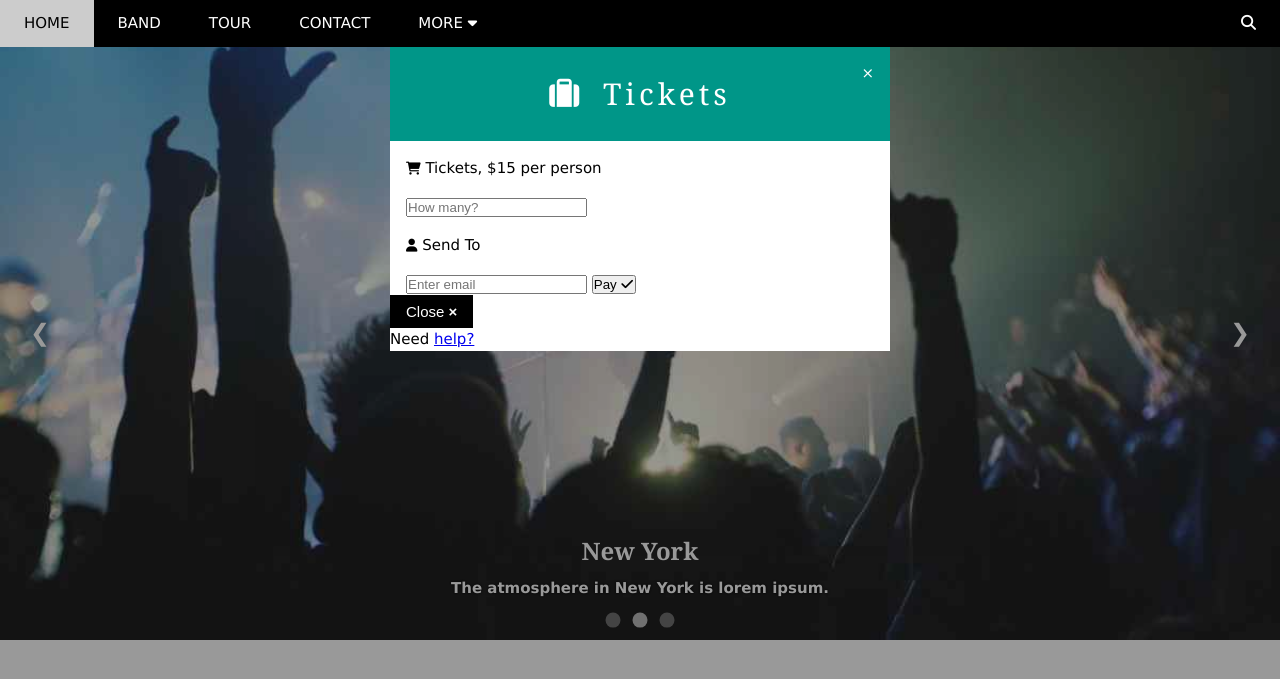
Repository: tam1512/The-Band
Page: index.html
An editor plug-in stored every save of this project. The page is shown before and after the next save, followed by the edit.
The browser window is 1280 px wide. The pictures show the window.
A layer covers the whole window, so only the first screen is drawn. Some web libraries are served in a nearby version.

Above is the page before, as saved 2022-07-24 10:26:06.

### index.html
<!DOCTYPE html>
<html lang="en">
  <head>
    <meta charset="UTF-8" />
    <meta http-equiv="X-UA-Compatible" content="IE=edge" />
    <meta name="viewport" content="width=device-width, initial-scale=1.0" />
    <link
      rel="stylesheet"
      href="https://cdnjs.cloudflare.com/ajax/libs/font-awesome/6.1.1/css/all.min.css"
      integrity="sha512-KfkfwYDsLkIlwQp6LFnl8zNdLGxu9YAA1QvwINks4PhcElQSvqcyVLLD9aMhXd13uQjoXtEKNosOWaZqXgel0g=="
      crossorigin="anonymous"
      referrerpolicy="no-referrer"
    />
    <link rel="stylesheet" href="./assets/css/style.css" />
    <title>The Band</title>
  </head>
  <body>
    <div class="container">
      <!-- header -->
      <div class="header" id="home">
        <ul class="header_nav">
          <li><a href="#home">HOME</a></li>
          <li><a href="#band">BAND</a></li>
          <li><a href="#tour">TOUR</a></li>
          <li><a href="#contact">CONTACT</a></li>
          <li class="header_nav_dropdown">
            <a href="javascript:void(0)" class="dropbtn">
              MORE
              <i class="fa-solid fa-caret-down"></i>
            </a>
            <div class="dropdown-content">
              <a href="#">Merchandise</a>
              <a href="#">Extras</a>
              <a href="#">Media</a>
            </div>
          </li>
        </ul>
        <div id="header_search">
          <i class="fa-solid fa-magnifying-glass text-white"></i>
        </div>
      </div>
      <!-- Slideshow container -->
      <div class="slider">
        <!-- Full-width image with caption text -->
        <div class="slider_slides-cont">
          <div class="slider_slide">
            <img src="assets/img/la.jpg" alt="Los Angeles" />
            <div class="text padding-32-16 text-white">
              <h3 class="fz-24 margin-10-0">Los Angeles</h3>
              <p class="margin-15-0">
                <b class="text-shadow">We had the bes time playing at Venice Beach!</b>
              </p>
            </div>
          </div>

          <div class="slider_slide">
            <img src="assets/img/ny.jpg" alt="New York" />
            <div class="text padding-32-16 text-white">
              <h3 class="fz-24 margin-10-0">New York</h3>
              <p class="margin-15-0">
                <b class="text-shadow">The atmosphere in New York is lorem ipsum.</b>
              </p>
            </div>
          </div>

          <div class="slider_slide">
            <img src="assets/img/chicago.jpg" alt="Chicago" />
            <div class="text padding-32-16 text-white">
              <h3 class="fz-24 margin-10-0">Chicago</h3>
              <p class="margin-15-0">
                <b class="text-shadow">Thank you, Chicago - A night we won't forget</b>
              </p>
            </div>
          </div>
        </div>

        <!-- The pagination/circles -->
         <div class="slider_pagination"></div>

        <!-- Next and previous buttons (navigatin slide)-->
        <a class="prev">&#10094</a>
        <a class="next">&#10095</a>
      </div>
      <div class="content">
          <div class="padding-64-16 text-center" id="band">
            <h2 class="tilte fz-30 margin-10-0">THE BAND</h2>
            <p class="margin-15-0"><i class="sub-title opacity">We love music</i></p>
            <p class="band_content margin-15-0 text-justify">We have created a fictional band website. Lorem ipsum dolor sit amet, consectetur adipiscing elit, sed do eiusmod tempor incididunt ut labore et dolore magna aliqua. Ut enim ad minim veniam, quis nostrud exercitation ullamco laboris nisi ut aliquip ex ea commodo consequat. Duis aute irure dolor in reprehenderit in voluptate velit esse cillum dolore eu fugiat nulla pariatur. Excepteur sint occaecat cupidatat non proident, sunt in culpa qui officia deserunt mollit anim id est laborum consectetur adipiscing elit, sed do eiusmod tempor incididunt ut labore et dolore magna aliqua. Ut enim ad minim veniam, quis nostrud exercitation ullamco laboris nisi ut aliquip ex ea commodo consequat.</p>
            <div class="row band_members padding-32-0">
              <div class="third band_member">
                <p class="margin-15-0">Name</p>
                <img src="assets/img/bandmember.jpg" alt="band member" class="band_member_img margin-bottom-16">
              </div>
              <div class="third band_member">
                <p class="margin-15-0">Name</p>
                <img src="assets/img/bandmember.jpg" alt="band member" class="band_member_img margin-bottom-16">
              </div>
              <div class="third band_member">
                <p class="margin-15-0">Name</p>
                <img src="assets/img/bandmember.jpg" alt="band member" class="band_member_img margin-bottom-16">
              </div>
            </div>
            <!-- <div style="clear: both;"></div> -->
          </div>
          <div class="backgroud-black" id="tour">
            <div class="tour-container padding-64-16 text-center text-white">
              <h2 class="tilte fz-30 margin-10-0">TOUR DATES</h2>
              <p class="margin-15-0"><i class="sub-title">Remember to book your tickets!</i></p>
              <br>
              <ul class="list-month backgroud-white">
                <li class="month-item padding-8-16 boder-bottom">
                  <p class="month text-grey">September</p>
                  <span class="ticket-sold-out text-white">Sold out</span>
                </li>
                <li class="month-item padding-8-16 boder-bottom">
                  <p class="month text-grey">October</p>
                  <span class="ticket-sold-out text-white">Sold out</span>
                </li>
                <li class="month-item padding-8-16 boder-bottom">
                  <p class="month text-grey">November</p>
                  <span class="ticket-still text-white">3</span>
                </li>
              </ul>

              <div class="row ticket-list padding-32-8">
                <div class="ticket-wrap third margin-bottom-16 padding-0-8">
                  <img class="ticket-img img opacity" src="assets/img/newyork.jpg" alt="Ticket New Yourk">
                  <div class="ticket-content padding-0-16 backgroud-white text-left">
                    <p class="ticket-name margin-15-0 text-black"><b>New Yourk</b></p>
                    <p class="ticket-time margin-15-0 text-grey">Fri 27 Nov 2016</p>
                    <p class="ticket-desc margin-15-0 text-black">Praesent tincidunt sed tellus ut rutrum sed vitae justo.</p>
                    <button class="btn margin-bottom-16">Buy Ticket</button>
                  </div>
                </div>
                <div class="ticket-wrap third margin-bottom-16 padding-0-8">
                  <img class="ticket-img img opacity" src="assets/img/paris.jpg" alt="Ticket Chicago">
                  <div class="ticket-content padding-0-16 backgroud-white text-left">
                    <p class="ticket-name margin-15-0 text-black"><b>Paris</b></p>
                    <p class="ticket-time margin-15-0 text-grey">Sat 28 Nov 2016</p>
                    <p class="ticket-desc margin-15-0 text-black">Praesent tincidunt sed tellus ut rutrum sed vitae justo.</p>
                    <button class="btn margin-bottom-16">Buy Ticket</button>
                  </div>
                </div>
                <div class="ticket-wrap third margin-bottom-16 padding-0-8">
                  <img class="ticket-img img opacity" src="assets/img/sanfran.jpg" alt="Ticket San Francisco">
                  <div class="ticket-content padding-0-16 backgroud-white text-left">
                    <p class="ticket-name margin-15-0 text-black"><b>San Francisco</b></p>
                    <p class="ticket-time margin-15-0 text-grey">Sun 29 Nov 2016</p>
                    <p class="ticket-desc margin-15-0 text-black">Praesent tincidunt sed tellus ut rutrum sed vitae justo.</p>
                    <button class="btn margin-bottom-16">Buy Ticket</button>
                  </div>
                </div>
              </div>
            </div>
          </div>
      </div>
    </div>
    <!-- Ticket modal -->
    <div id="ticketModal">
     <div class="ticket-content">
       <div class="modal-heading padding-32-16">
         <span class="btn-ticket-out btn fz-24">&times;</span>
         <h2 class="ticket-title text-center text-white fz-30">
           <i class="fa-solid fa-suitcase"></i>
           Tickets
         </h2>
       </div>
       <form class="ticket-form padding-0-16">
         <label class="ticket-form-label margin-16-0" for="quantity_person">
           <i class="fa-solid fa-cart-shopping"></i>
           Tickets, $15 per person
         </label>
         <input type="text" id="quantity_person" name="quantity_person" placeholder="How many?">
         <label class="ticket-form-label margin-16-0" for="email">
           <i class="fa-solid fa-user"></i>
           Send To
         </label>
         <input type="email" id="email" name="email" placeholder="Enter email">
         <button class="big-btn">
           Pay
           <i class="fa-solid fa-check"></i>
         </button>
       </form>
       <div class="modal-footer">
         <button class="ticket-footer-close btn">
           Close
           <b>&times;</b>
         </button>
         <p class="ticket-help">
           Need
           <a href="javascript::void(0);">help?</a>
         </p>
       </div>
     </div>
    </div>
    <script src="assets/js/js.js"></script>
  </body>
</html>

### assets/css/style.css
:root {
}

* {
  padding: 0em;
  margin: 0;
  box-sizing: border-box;
}

body {
  font-family: Verdana, sans-serif;
  font-size: 15px;
  line-height: 22.5px;
}

h1,
h2,
h3,
h4,
h5,
h6 {
  font-family: Georgia, serif;
}

.fz-24 {
  font-size: 24px;
}

.fz-30 {
  font-size: 30px;
}

.text-white {
  color: white;
}

.text-grey {
  color: #757575;
}

.text-black {
  color: #000;
}

.opacity {
  opacity: 0.6 !important;
}

.backgroud-black {
  background-color: #000;
}

.backgroud-white {
  background-color: #fff;
}

.text-center {
  text-align: center;
}

.text-justify {
  text-align: justify;
}

.text-left {
  text-align: left;
}

.padding-0-8 {
  padding: 0.01em 8px !important;
}

.padding-0-16 {
  padding: 0.01em 16px !important;
}

.padding-64-16 {
  padding: 64px 16px !important;
}

.padding-32-16 {
  padding: 32px 16px !important;
}

.padding-32-8 {
  padding: 32px 8px !important;
}

.padding-32-0 {
  padding: 32px 0 !important;
}

.padding-8-16 {
  padding: 8px 16px !important;
}

.padding-32 {
  padding: 32px !important;
}

.margin-0-24 {
  margin: 0 24px !important;
}

.margin-10-0 {
  margin: 10px 0 !important;
}

.margin-15-0 {
  margin: 15px 0 !important;
}

.margin-16-0 {
  margin: 16px 0 !important;
}

.margin-bottom-16 {
  margin-bottom: 16px;
}

.text-shadow {
  text-shadow: 0 0 3px #000;
}

.boder-bottom {
  border: 1px solid #ddd;
}

.btn {
  display: inline-block;
  text-decoration: none;
  color: white;
  border: none;
  outline: none;
  padding: 8px 16px;
  background-color: #000;
  font-size: 15px;
  text-align: center;
  cursor: pointer;
}

.btn:hover {
  background-color: #ccc;
  color: #000;
}

.img {
  width: 100%;
  outline: none;
  vertical-align: middle;
}

.header {
  position: fixed;
  top: 0;
  right: 0;
  left: 0;
  z-index: 2;
}

.header_nav {
  list-style-type: none;
  background-color: #000;
  overflow: hidden;
}

.header_nav > li {
  float: left;
}

.header_nav > li > a,
.dropbtn {
  display: inline-block;
  padding: 12px 24px;
  text-align: center;
  color: #fff;
  text-decoration: none;
}

.header_nav > li > a:hover,
.header_nav_dropdown:hover,
.dropbtn:hover,
.dropdown-content a:hover {
  background-color: #ccc;
  color: black;
}

li.header_nav_dropdown {
  display: inline-block;
  /* position: relative; */
}

.dropdown-content {
  display: none;
  position: absolute;
  min-width: 160px;
  background-color: #fff;
  box-shadow: 0px 8px 16px 0px rgba(0, 0, 0, 0.2);
  z-index: 1;
}

.dropdown-content a {
  color: #000 !important;
  text-align: left;
  padding: 8px 16px;
  display: block;
  text-decoration: none;
}

.header_nav_dropdown:hover .dropdown-content {
  display: block;
}

#header_search {
  position: absolute;
  top: 0;
  right: 0;
  padding: 12px 24px;
}

#header_search:hover {
  background-color: #f44336;
}

/* Slider */
/* Slideshow container */
.slider,
.slider_slides-cont {
  max-width: 100%;
  height: auto;
  position: relative;
  /* top: 47px; */
  margin: auto;
}

/* Hide the images by default */
.slider_slide {
  display: none;
}

.slider_slide:first-child {
  display: block;
}

.slider_slides-cont img {
  width: 100%;
  height: 100%;
}

/* Next & previous buttons */
.prev,
.next {
  cursor: pointer;
  position: absolute;
  top: 50%;
  transform: translate(0, -50%);
  margin: 10px;
  padding: 24px 20px;
  color: #fff;
  font-weight: bold;
  font-size: 24px;
  transition: background-color 0.6s ease;
  border-radius: 5px 5px 5px 5px;
  user-select: none;
}

/* Position the "next button" to the right */
.next {
  right: 0;
  border-radius: 5px 5px 5px 5px;
}

/* On hover, add a black backgroound color with a little bit see-through */
.prev:hover,
.next:hover {
  background-color: rgba(191, 191, 191, 0.6);
  color: rgb(26, 23, 23);
  font-weight: bolder;
}

/* Caption text */
.text {
  position: absolute;
  left: 50%;
  transform: translate(-50%, -100%);
  text-align: center;
}

.slider_pagination {
  position: absolute;
  left: 50%;
  transform: translate(-50%, -120%);
}

.slider_pagination_btn {
  cursor: pointer;
  padding: 6px;
  background-color: transparent;
  display: inline-block;
  transition: background-color 0.6s ease;
}

.slider_pagination_btn::before {
  content: "";
  display: inline-block;
  height: 15px;
  width: 15px;
  border-radius: 50%;
  background-color: #717171;
}
.slider_pagination_btn.slider_pagination_btn--sel::before,
.slider_pagination_btn:hover::before {
  background-color: #bbb;
}

/* content */

#band,
.tour-container,
#contact {
  max-width: 800px;
  margin-left: auto;
  margin-right: auto;
}

.tilte {
  font-weight: normal;
  line-height: 45px;
  letter-spacing: 4px;
}

/* band */
/* Third image */

.row:after {
  content: "";
  display: table;
  clear: both;
}

.third {
  float: left;
  width: calc(100% / 3);
}

.band_member_img {
  width: 60%;
  border-radius: 4px;
}

/* Month ticket */
.list-month {
  list-style-type: none;
  text-align: left;
}

.month-item {
  position: relative;
}

.month {
  display: inline-block;
}

.ticket-sold-out {
  display: inline-block;
  background-color: #f44336;
  padding: 0.01em 8px;
  margin-left: 16px;
}

.ticket-still {
  display: inline-block;
  padding: 0.01em 8px;
  position: absolute;
  right: 32px;
  text-align: center;
  background-color: #000;
  border-radius: 50%;
}

/* ticket list */
.ticket-list {
  margin: 0 -16px;
}

/* ticket modal */
#ticketModal {
  position: fixed;
  top: 47px;
  right: 0;
  bottom: 0;
  left: 0;
  overflow: auto;
  background-color: rgba(0, 0, 0, 0.4);
}

.ticket-content {
  position: relative;
  width: 500px;
  margin: auto;
  background-color: #fff;
}

.modal-heading {
  background-color: #009688;
}

.ticket-title {
  font-weight: normal;
  letter-spacing: 4px;
}

.ticket-title i {
  margin-right: 8px;
}

.btn-ticket-out {
  position: absolute;
  top: 0;
  right: 0;
  line-height: 36px;
  background-color: transparent;
}

.ticket-form-label {
  display: block;
}

.ticket-form-label i {
  line-height: 15px;
  font-size: 13px;
}

### assets/js/js.js
let currentIndex = 0;
let newIndex = 0;
let autoplay = true;

//tạo một object cho việc tự động chuyển slide
let Autoplay = {
  timerID: null,
  interval: 4000,

  start: function () {
    this.timerID = setInterval(function () {
      newIndex++;
      navigateSlider();
    }, this.interval);
  },

  reset: function () {
    clearInterval(this.timerID);
    this.start();
  },
};

let slideElements = document.getElementsByClassName("slider_slide");
let slidesLength = slideElements.length;
let paginationElement = document.getElementsByClassName("slider_pagination")[0];
let prevElement = document.getElementsByClassName("prev")[0];
let nextElement = document.getElementsByClassName("next")[0];

// lấy sự kiện click của 2 nut prev và next
prevElement.addEventListener("click", function () {
  newIndex--;
  navigateSlider();
});

nextElement.addEventListener("click", function () {
  newIndex++;
  navigateSlider();
});

// tạo số dot tương ứng với số slide
paginationHTML = [];
for (let i = 0; i < slidesLength; i++) {
  paginationHTML.push(
    `<span class="slider_pagination_btn" data-index="${i}"></span>`
  );
}
// Thêm paginationHTML vào bên trong thẻ HTML
paginationElement.innerHTML = paginationHTML.join("");

//kiểm tra xem đã có phần tử chứa class="slider_pagination_btn" chưa? nếu có lấy giá trị trong data-index của nó gán cho newIndex
paginationElement.addEventListener("click", function (e) {
  let target = e.target;
  if (target.classList.contains("slider_pagination_btn")) {
    newIndex = Number(target.getAttribute("data-index"));
    navigateSlider();
  }
});

// Hàm hiện thị slide
function navigateSlider() {
  // Kiểm tra để newIndex luôn nằm trong khoảng từ 0 -> slideLength
  if (newIndex < 0) {
    newIndex = slidesLength - 1;
  } else if (newIndex > slidesLength - 1) {
    newIndex = 0;
  }

  //Thêm và xóa slider_pagination_btn--sel
  paginationElement.childNodes[currentIndex].classList.remove(
    "slider_pagination_btn--sel"
  );
  paginationElement.childNodes[newIndex].classList.add(
    "slider_pagination_btn--sel"
  );

  //reset interval(khoảng thời gian) để slide không gặp vấn đề về chuyển đổi
  if (autoplay) {
    Autoplay.reset();
  }

  //Ẩn slide trước và hiện slide cần hiện
  slideElements[currentIndex].style.display = "none";
  slideElements[newIndex].style.display = "block";

  currentIndex = newIndex;
}

// thiết lập autoplay cho slider
if (autoplay) {
  Autoplay.start();
}

// khi load page sẽ bị lỗi hiển thị ban đầu, đây là cách giải quyết
navigateSlider();

After the next save:
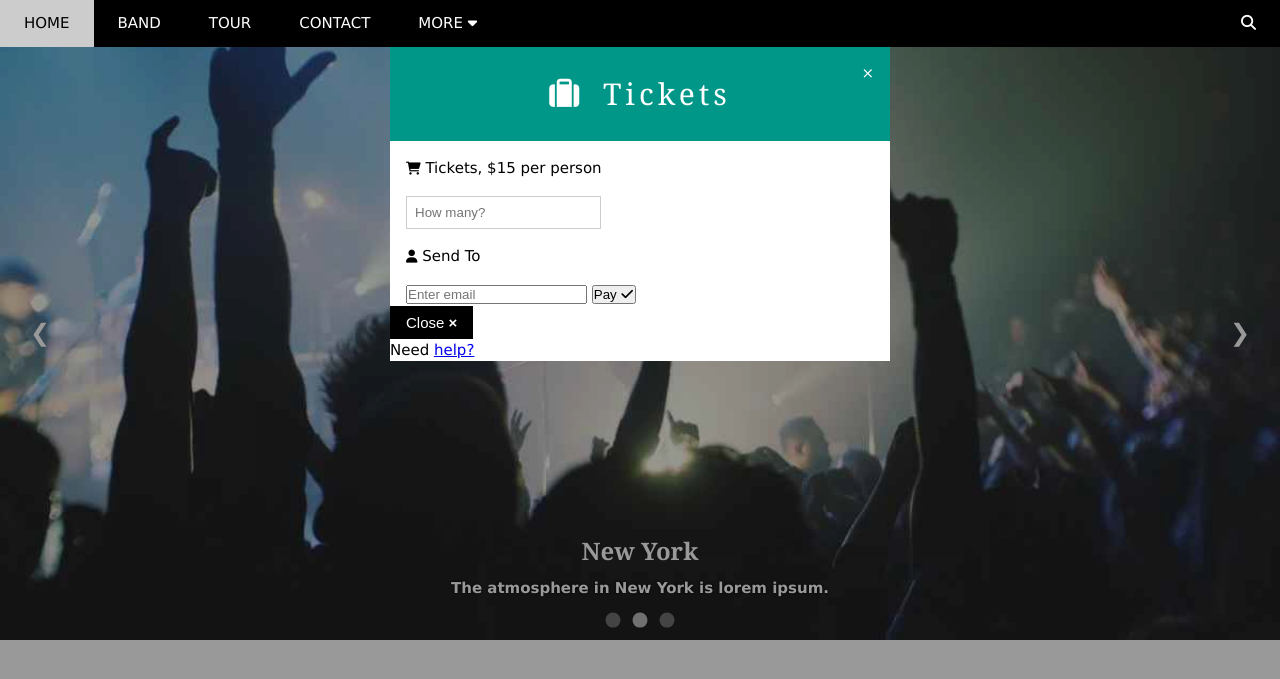
Saved 113 s later.
--- a/assets/css/style.css
+++ b/assets/css/style.css
@@ -431,3 +431,10 @@ li.header_nav_dropdown {
   line-height: 15px;
   font-size: 13px;
 }
+
+#quantity_person {
+  display: block;
+  padding: 8px;
+  border: 1px solid #ccc;
+  background-color: #fff;
+}
